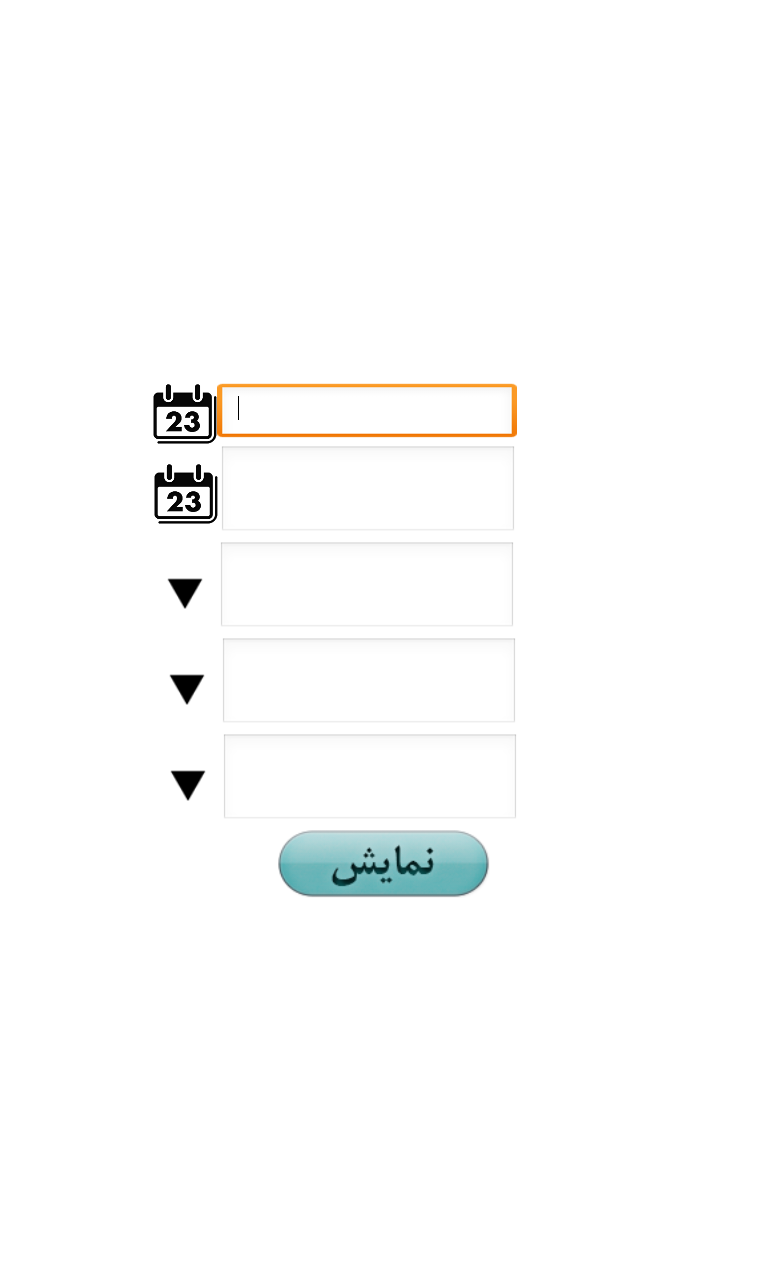
Repository: AtiehPardaz/Reports-Mobile
Layout: Reportsmobile/res/layout/frg_forosh_faktor.xml
An editor plug-in stored every save of this project. The layout is shown before and after the next save, followed by the edit.
It is drawn on a 768 x 1280 px phone screen (xhdpi) without system bars, with theme Theme.behzad; the app's code is not run.

Above is the layout before, as saved 2015-03-10 13:50:11.

### Reportsmobile/res/layout/frg_forosh_faktor.xml
<LinearLayout xmlns:android="http://schemas.android.com/apk/res/android"
    android:layout_width="match_parent"
    android:layout_height="match_parent"
    android:layout_gravity="center"
    android:layout_weight="1"
    android:gravity="center"
    android:orientation="vertical" >

    <LinearLayout
        android:layout_width="wrap_content"
        android:layout_height="wrap_content"
        android:gravity="right" >

        <ImageButton
            android:id="@+id/imgbtn_underline_faktor_forosh"
            android:layout_width="32dp"
            android:layout_height="32dp"
            android:layout_gravity="center"
            android:background="@drawable/ic_action_date" />

        <EditText
            android:id="@+id/et_fromdate_forosh"
            android:layout_width="150dp"
            android:layout_height="30dp"
            android:layout_gravity="center"
            android:inputType="date" >

            <requestFocus />
        </EditText>

        <TextView
            android:id="@+id/TextView01"
            android:layout_width="wrap_content"
            android:layout_height="wrap_content"
            android:layout_gravity="right|center"
            android:gravity="right"
            android:text="از تاریخ:  "
            android:textAppearance="?android:attr/textAppearanceLarge"
            android:textColor="#ffffff"
            android:textSize="14sp" />

    </LinearLayout>

        <LinearLayout
            android:layout_width="wrap_content"
            android:layout_height="wrap_content"
            android:gravity="right" >

            <ImageButton
                android:id="@+id/imgbtn_todatecustomer_forosh"
                android:layout_width="32dp"
                android:layout_height="32dp"
                android:layout_gravity="center"
                android:background="@drawable/ic_action_date" />

            <EditText
                android:id="@+id/et_todate_forosh"
                android:layout_width="150dp"
                android:layout_height="wrap_content"
                android:layout_gravity="center"
                android:inputType="date" />

            <TextView
                android:id="@+id/tv_todate_forosh"
                android:layout_width="wrap_content"
                android:layout_height="wrap_content"
                android:layout_gravity="right|center"
                android:gravity="right"
                android:text="تا تاریخ:  "
                android:textAppearance="?android:attr/textAppearanceLarge"
                android:textColor="#ffffff"
                android:textSize="14sp" />

        </LinearLayout>

        <LinearLayout
            android:layout_width="wrap_content"
            android:layout_height="wrap_content"
            android:gravity="right" >

            <ImageButton
                android:id="@+id/imgbtn_customer_forosh"
               android:layout_width="32dp"
                android:layout_height="32dp"
                android:layout_gravity="center"
                android:background="@drawable/down" />

            <EditText
                android:id="@+id/et__customer_forosh"
                android:layout_width="150dp"
                android:layout_height="wrap_content"
                android:layout_gravity="center"
                android:inputType="date" />

            <TextView
                android:id="@+id/tv__customer_forosh"
                android:layout_width="wrap_content"
                android:layout_height="wrap_content"
                android:layout_gravity="right|center"
                android:gravity="right"
                android:text="مشتری:   "
                android:textAppearance="?android:attr/textAppearanceLarge"
                android:textColor="#ffffff"
                android:textSize="14sp" />

        </LinearLayout>

        <LinearLayout
            android:layout_width="wrap_content"
            android:layout_height="wrap_content"
            android:gravity="right" >

            <ImageButton
                android:id="@+id/imgbtn_bazaryab_forosh"
               android:layout_width="32dp"
                android:layout_height="32dp"
                android:layout_gravity="center"
                android:background="@drawable/down" />

            <EditText
                android:id="@+id/et__bazarya_forosh"
                android:layout_width="150dp"
                android:layout_height="wrap_content"
                android:layout_gravity="center"
                android:inputType="date" />

            <TextView
                android:id="@+id/tv__bazarya_forosh"
                android:layout_width="wrap_content"
                android:layout_height="wrap_content"
                android:layout_gravity="right|center"
                android:gravity="right"
                android:text="بازاریاب: "
                android:textAppearance="?android:attr/textAppearanceLarge"
                android:textColor="#ffffff"
                android:textSize="14sp" />

        </LinearLayout>

        <LinearLayout
            android:layout_width="wrap_content"
            android:layout_height="wrap_content"
            android:gravity="right" >

            <ImageButton
                android:id="@+id/imgbtn_foroshande_forosh"
                android:layout_width="32dp"
                android:layout_height="32dp"
                android:layout_gravity="center"
                android:background="@drawable/down" />

            <EditText
                android:id="@+id/et__foroshande_forosh"
                android:layout_width="150dp"
                android:layout_height="wrap_content"
                android:layout_gravity="center"
                android:inputType="date" />

            <TextView
                android:id="@+id/tv__foroshande_forosh"
                android:layout_width="wrap_content"
                android:layout_height="wrap_content"
                android:layout_gravity="right|center"
                android:gravity="right"
                android:text="فروشنده:"
                android:textAppearance="?android:attr/textAppearanceLarge"
                android:textColor="#ffffff"
                android:textSize="14sp" />

        </LinearLayout>

<ImageButton
    android:id="@+id/imgbtn_namayesh__faktor_forosh"
    android:layout_width="wrap_content"
    android:layout_height="wrap_content"
    android:background="@drawable/btnnamayesh"
    android:src="@drawable/btn_click" />

    </LinearLayout>

### Reportsmobile/res/drawable/btn_click.xml
<selector xmlns:android="http://schemas.android.com/apk/res/android">
<item android:state_focused="true" android:drawable="@drawable/btnclick"/>
<item android:state_pressed="true" android:drawable="@drawable/btnclick" />

</selector>

Loaded but not shown: Reportsmobile/res/values/styles.xml (common file)

After the next save:
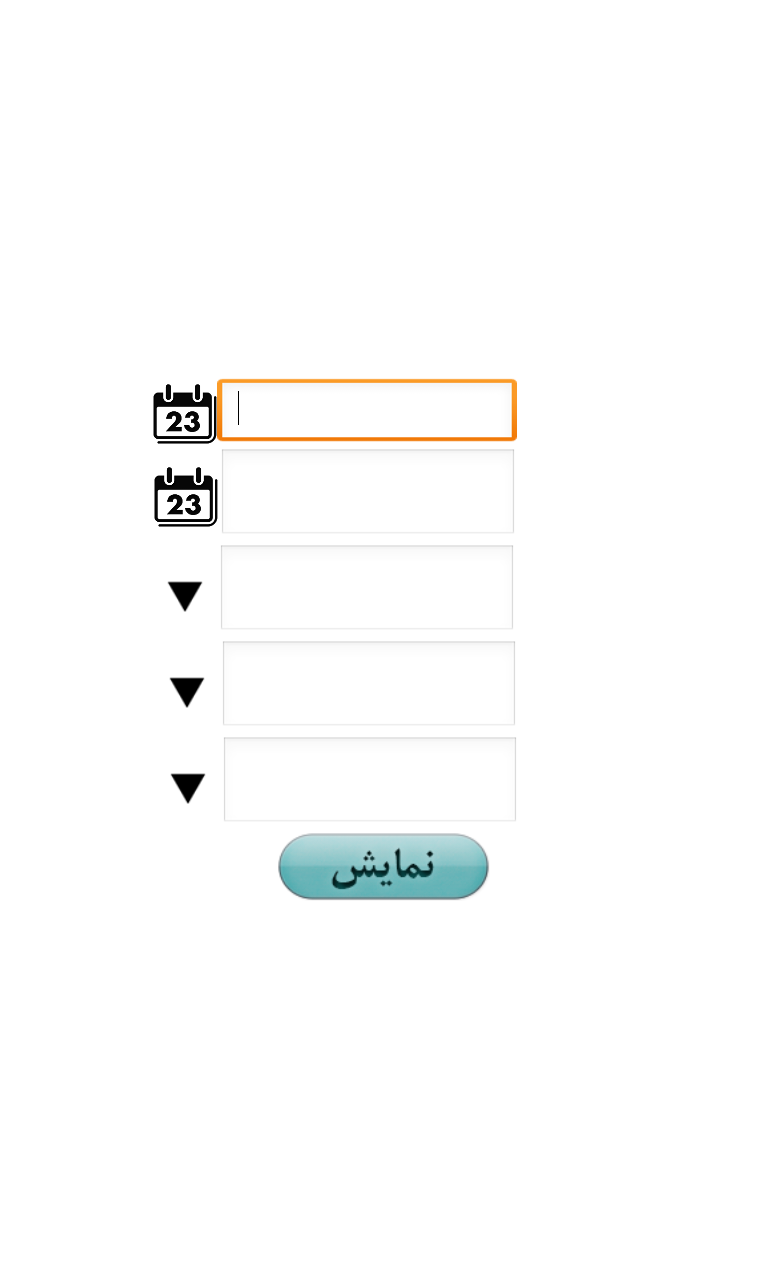
Saved 36 s later.
--- a/Reportsmobile/res/layout/frg_forosh_faktor.xml
+++ b/Reportsmobile/res/layout/frg_forosh_faktor.xml
@@ -21,7 +21,7 @@
         <EditText
             android:id="@+id/et_fromdate_forosh"
             android:layout_width="150dp"
-            android:layout_height="30dp"
+            android:layout_height="35dp"
             android:layout_gravity="center"
             android:inputType="date" >
 
